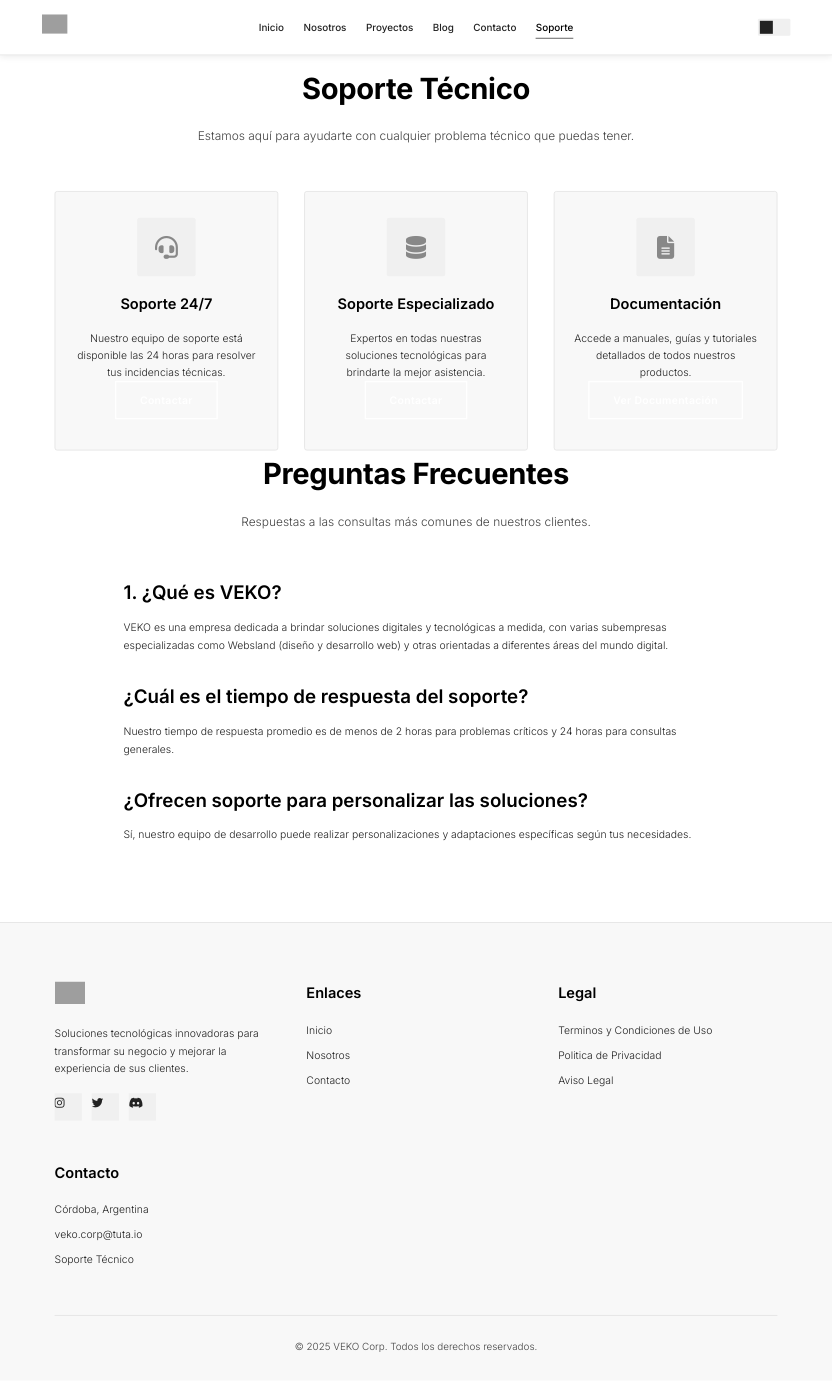
Repository: VEKO-Corp/veko-web
Page: soporte.html
These files come from the project's save history. The page is drawn as it stood at one moment and after the next save; the edit follows.
The browser window is 1280 px wide. The pictures show the whole page, at 65% of full size.
Pictures or frames that could not be fetched are drawn as grey boxes.

Above is the page before, as saved 2025-08-11 21:47:57.

### soporte.html
<!DOCTYPE html>
<html lang="es">
<head>
    <meta charset="UTF-8">
    <meta name="viewport" content="width=device-width, initial-scale=1.0">
    <title>Soporte - VEKO</title>
    <link href="https://fonts.googleapis.com/css2?family=Inter:wght@300;400;500;600;700&display=swap" rel="stylesheet">
    <link rel="stylesheet" href="css/style.css">
    <link rel="stylesheet" href="https://cdnjs.cloudflare.com/ajax/libs/font-awesome/6.4.0/css/all.min.css">
</head>
<body>
    <header>
        <div class="container header-container">
            <a href="index.html" class="logo">
                <img id="logo-image" src="img/logo-light.png" alt="VEKO">
            </a>
            <button class="mobile-menu-btn">☰</button>
            <nav>
                <ul>
                    <li><a href="index.html">Inicio</a></li>
                    <li><a href="nosotros.html">Nosotros</a></li>
                    <li><a href="proyectos.html">Proyectos</a></li>
                    <li><a href="blog.html">Blog</a></li>
                    <li><a href="contacto.html">Contacto</a></li>
                    <li><a href="soporte.html" class="active">Soporte</a></li>
                </ul>
            </nav>
            <div class="theme-toggle" id="themeToggle" aria-label="Cambiar tema">
                <div class="switch-handle"></div>
            </div>
        </div>
    </header>

    <section class="content-section">
        <div class="container">
            <div class="section-title">
                <h2>Soporte Técnico</h2>
                <p>Estamos aquí para ayudarte con cualquier problema técnico que puedas tener.</p>
            </div>

            <div class="services-grid">
                <div class="service-card fade-in">
                    <div class="service-icon"><i class="fas fa-headset"></i></div>
                    <h3>Soporte 24/7</h3>
                    <p>Nuestro equipo de soporte está disponible las 24 horas para resolver tus incidencias técnicas.</p>
                    <a href="contacto.html" class="btn">Contactar</a>
                </div>

                <div class="service-card fade-in delay-1">
                    <div class="service-icon"><i class="fas fa-database"></i></div>
                    <h3>Soporte Especializado</h3>
                    <p>Expertos en todas nuestras soluciones tecnológicas para brindarte la mejor asistencia.</p>
                    <a href="contacto.html" class="btn">Contactar</a>
                </div>

                <div class="service-card fade-in delay-2">
                    <div class="service-icon"><i class="fas fa-file-alt"></i></div>
                    <h3>Documentación</h3>
                    <p>Accede a manuales, guías y tutoriales detallados de todos nuestros productos.</p>
                    <a href="#" class="btn">Ver Documentación</a>
                </div>
            </div>

            <div class="section-title">
                <h2>Preguntas Frecuentes</h2>
                <p>Respuestas a las consultas más comunes de nuestros clientes.</p>
            </div>

            <div class="content-container">
                <h3>1. ¿Qué es VEKO?</h3>
                <p>VEKO es una empresa dedicada a brindar soluciones digitales y tecnológicas a medida, con varias subempresas especializadas como Websland (diseño y desarrollo web) y otras orientadas a diferentes áreas del mundo digital.</p>

                <h3>¿Cuál es el tiempo de respuesta del soporte?</h3>
                <p>Nuestro tiempo de respuesta promedio es de menos de 2 horas para problemas críticos y 24 horas para consultas generales.</p>

                <h3>¿Ofrecen soporte para personalizar las soluciones?</h3>
                <p>Sí, nuestro equipo de desarrollo puede realizar personalizaciones y adaptaciones específicas según tus necesidades.</p>
            </div>
        </div>
    </section>

    <footer>
        <div class="container">
            <div class="footer-content">
                <div class="footer-column fade-in">
                    <div class="logo-footer">
                        <img id="footer-logo" src="img/logo-light.png" alt="VEKO">
                    </div>
                    <p>Soluciones tecnológicas innovadoras para transformar su negocio y mejorar la experiencia de sus clientes.</p>
                    <div class="social-icons">
                        <a href="https://instagram.com" class="social-icon" target="_blank" rel="noopener">
                        <i class="fab fa-instagram"></i>
                        </a>
                        <a href="https://twitter.com" class="social-icon" target="_blank" rel="noopener">
                        <i class="fab fa-twitter"></i>
                        </a>
                        <a href="https://discord.gg/Fd7Y59jMyu" class="social-icon" target="_blank" rel="noopener">
                        <i class="fab fa-discord"></i>
                        </a>
                    </div>
                </div>

                <div class="footer-column fade-in delay-1">
                    <h3>Enlaces</h3>
                    <a href="index.html">Inicio</a>
                    <a href="nosotros.html">Nosotros</a>
                    <a href="contacto.html">Contacto</a>
                </div>

                <div class="footer-column fade-in delay-2">
                    <h3>Legal</h3>
                    <a href="terminos-y-condiciones-de-uso.html">Terminos y Condiciones de Uso</a>
                    <a href="politica-de-privacidad.html">Politica de Privacidad</a>
                    <a href="aviso-legal.html">Aviso Legal</a>
                </div>

                <div class="footer-column fade-in delay-3">
                    <h3>Contacto</h3>
                    <p>Córdoba, Argentina</p>
                    <p>veko.corp@tuta.io</p>
                    <a href="soporte.html">Soporte Técnico</a>
                </div>
            </div>

            <div class="footer-bottom fade-in delay-4">
                <p>&copy; 2025 VEKO Corp. Todos los derechos reservados.</p>
            </div>
        </div>
    </footer>

    <script src="js/script.js"></script>
</body>
</html>

### css/style.css
:root {
    /* Variables para modo claro */
    --bg-primary: #FFFFFF;
    --bg-secondary: #F8F8F8;
    --bg-tertiary: #F0F0F0;
    --text-primary: #000000;
    --text-secondary: #222222;
    --text-tertiary: #444444;
    --accent: #888888;
    --accent-light: #CCCCCC;
    --border: #DDDDDD;
    --button-bg: #222222;
    --button-text: #FFFFFF;
    --shadow: rgba(0, 0, 0, 0.08);
    --overlay: rgba(0, 0, 0, 0.5);
}

.dark-mode {
    /* Variables para modo oscuro */
    --bg-primary: #000000;
    --bg-secondary: #111111;
    --bg-tertiary: #1A1A1A;
    --text-primary: #FFFFFF;
    --text-secondary: #E0E0E0;
    --text-tertiary: #AAAAAA;
    --accent: #777777;
    --accent-light: #333333;
    --border: #333333;
    --button-bg: #EEEEEE;
    --button-text: #000000;
    --shadow: rgba(255, 255, 255, 0.05);
    --overlay: rgba(0, 0, 0, 0.7);
}

* {
    margin: 0;
    padding: 0;
    box-sizing: border-box;
    transition: background-color 0.4s ease, color 0.4s ease, border-color 0.4s ease, transform 0.4s cubic-bezier(0.25, 0.46, 0.45, 0.94);
}

body {
    font-family: 'Inter', sans-serif;
    background-color: var(--bg-primary);
    color: var(--text-primary);
    line-height: 1.65;
    overflow-x: hidden;
    -webkit-font-smoothing: antialiased;
    -moz-osx-font-smoothing: grayscale;
}

.container {
    width: 90%;
    max-width: 1280px;
    margin: 0 auto;
    padding: 0 20px;
}

/* Header y navegación */
header {
    position: fixed;
    top: 0;
    left: 0;
    width: 100%;
    background-color: var(--bg-primary);
    border-bottom: 1px solid var(--border);
    z-index: 1000;
    transition: all 0.4s ease;
    box-shadow: 0 2px 10px var(--shadow);
}

header.scrolled {
    box-shadow: 0 6px 20px var(--shadow);
}

.header-container {
    display: flex;
    justify-content: space-between;
    align-items: center;
    padding: 18px 0;
}

.logo {
    font-size: 1.8rem;
    font-weight: 700;
    color: var(--text-primary);
    text-decoration: none;
    letter-spacing: -0.5px;
}

.logo span {
    font-weight: 300;
}

/* Estilos para logos */
.header-container .logo img {
    height: 30px;
    width: auto;
    transition: all 0.4s ease;
}

.footer-column .logo-footer img {
    height: 35px;
    width: auto;
    margin-bottom: 25px;
}

nav ul {
    display: flex;
    list-style: none;
}

nav ul li {
    margin-left: 30px;
}

nav ul li a {
    color: var(--text-secondary);
    text-decoration: none;
    font-weight: 500;
    font-size: 0.95rem;
    position: relative;
    padding: 8px 0;
    transition: color 0.3s ease;
}

nav ul li a:after {
    content: '';
    position: absolute;
    bottom: 0;
    left: 0;
    width: 0;
    height: 2px;
    background-color: var(--accent);
    transition: width 0.4s cubic-bezier(0.22, 0.61, 0.36, 1);
}

nav ul li a:hover:after,
nav ul li a.active:after {
    width: 100%;
}

nav ul li a:hover,
nav ul li a.active {
    color: var(--text-primary);
}

.theme-toggle {
    position: relative;
    width: 50px;
    height: 26px;
    background-color: var(--bg-tertiary);
    border-radius: 2px;
    cursor: pointer;
    overflow: hidden;
    margin-left: 20px;
}

.switch-handle {
    position: absolute;
    top: 3px;
    left: 3px;
    width: 20px;
    height: 20px;
    background-color: var(--button-bg);
    transition: all 0.4s cubic-bezier(0.22, 0.61, 0.36, 1);
}

.dark-mode .switch-handle {
    transform: translateX(24px);
}

.mobile-menu-btn {
    display: none;
    background: none;
    border: none;
    font-size: 1.5rem;
    color: var(--text-primary);
    cursor: pointer;
    padding: 5px;
}

/* Banner principal */
.hero {
    height: 100vh;
    display: flex;
    align-items: center;
    background:
        linear-gradient(var(--overlay), var(--overlay)),
        url('data:[embedded picture, 230 characters]');
    background-size: cover;
    background-position: center;
    position: relative;
    margin-top: 80px;
}

.hero-content {
    max-width: 780px;
    color: white;
    transform: translateY(30px);
    opacity: 0;
    animation: fadeUp 1s forwards 0.3s;
}

.hero h1 {
    font-size: 4.2rem;
    font-weight: 700;
    margin-bottom: 25px;
    line-height: 1.15;
    letter-spacing: -0.5px;
}

.hero p {
    font-size: 1.3rem;
    margin-bottom: 40px;
    max-width: 650px;
    font-weight: 300;
}

/* Botones con animación de relleno */
.btn {
    display: inline-block;
    position: relative;
    background-color: transparent;
    color: var(--button-text);
    padding: 14px 36px;
    border-radius: 0;
    text-decoration: none;
    font-weight: 600;
    font-size: 1rem;
    letter-spacing: 0.5px;
    border: 2px solid var(--button-text);
    overflow: hidden;
    z-index: 1;
    transition: color 0.4s ease;
}

.btn:before {
    content: '';
    position: absolute;
    top: 0;
    left: 0;
    width: 0;
    height: 100%;
    background: var(--button-text);
    transition: width 0.5s cubic-bezier(0.22, 0.61, 0.36, 1);
    z-index: -1;
}

.btn:hover:before {
    width: 100%;
}

.btn:hover {
    color: var(--button-bg);
}

/* Secciones comunes */
section {
    padding: 120px 0;
}

.section-title {
    text-align: center;
    margin-bottom: 70px;
}

.section-title h2 {
    font-size: 2.8rem;
    font-weight: 700;
    margin-bottom: 20px;
    color: var(--text-primary);
    letter-spacing: -0.5px;
}

.section-title p {
    font-size: 1.15rem;
    color: var(--text-tertiary);
    max-width: 700px;
    margin: 0 auto;
    font-weight: 300;
}

/* Estilos para páginas de contenido (ej: aviso legal, política de privacidad) */
.content-section {
    padding: 100px 0;
}

.content-container {
    max-width: 900px;
    margin: 0 auto;
}

.content-container h1 {
    font-size: 2.8rem;
    margin-bottom: 30px;
    color: var(--text-primary);
    font-weight: 700;
    letter-spacing: -0.5px;
}

.content-container h2 {
    font-size: 2.2rem;
    margin: 50px 0 25px;
    color: var(--text-primary);
    font-weight: 600;
}

.content-container h3 {
    font-size: 1.8rem;
    margin: 40px 0 15px;
    color: var(--text-primary);
    font-weight: 600;
}

.content-container p {
    margin-bottom: 20px;
    color: var(--text-secondary);
    font-weight: 300;
    line-height: 1.8;
}

.content-container ul, .content-container ol {
    margin: 20px 0;
    padding-left: 30px;
}

.content-container li {
    margin-bottom: 10px;
    color: var(--text-secondary);
    font-weight: 300;
    line-height: 1.8;
}

.content-container a {
    color: var(--accent);
    text-decoration: none;
    transition: color 0.3s ease;
}

.content-container a:hover {
    color: var(--text-primary);
    text-decoration: underline;
}

/* Sección Nosotros */
.about-content {
    display: flex;
    gap: 60px;
    align-items: center;
}

.about-text {
    flex: 1;
}

.about-text h3 {
    font-size: 2rem;
    margin-bottom: 25px;
    color: var(--text-primary);
    font-weight: 600;
}

.about-text p {
    margin-bottom: 25px;
    color: var(--text-secondary);
    font-weight: 300;
}

.about-image {
    flex: 1;
    height: 460px;
    background-color: var(--bg-tertiary);
    display: flex;
    align-items: center;
    justify-content: center;
    color: var(--text-tertiary);
    border-radius: 4px;
    overflow: hidden;
    position: relative;
    box-shadow: 0 10px 30px var(--shadow);
}

.about-image:after {
    content: '';
    position: absolute;
    top: 0;
    left: 0;
    width: 100%;
    height: 100%;
    background: linear-gradient(45deg, rgba(0,0,0,0.05), rgba(0,0,0,0.1));
}

/* Sección Servicios */
.services-grid {
    display: grid;
    grid-template-columns: repeat(auto-fill, minmax(320px, 1fr));
    gap: 40px;
}

.service-card {
    background-color: var(--bg-secondary);
    border-radius: 4px;
    padding: 40px 30px;
    text-align: center;
    position: relative;
    overflow: hidden;
    border: 1px solid var(--border);
    transition: transform 0.4s ease, box-shadow 0.4s ease;
}

.service-card:hover {
    transform: translateY(-10px);
    box-shadow: 0 15px 40px var(--shadow);
}

.service-icon {
    width: 90px;
    height: 90px;
    background-color: var(--bg-tertiary);
    border-radius: 4px;
    margin: 0 auto 25px;
    display: flex;
    align-items: center;
    justify-content: center;
    color: var(--accent);
    font-size: 2.2rem;
    font-weight: 300;
    transition: transform 0.4s ease;
}

.service-card:hover .service-icon {
    transform: scale(1.1);
}

.service-card h3 {
    font-size: 1.4rem;
    margin-bottom: 20px;
    color: var(--text-primary);
    font-weight: 600;
}

.service-card p {
    color: var(--text-secondary);
    font-size: 1rem;
    font-weight: 300;
    max-width: 300px;
    margin: 0 auto;
}

/* Sección Equipo */
.team-grid {
    display: grid;
    grid-template-columns: repeat(auto-fill, minmax(260px, 1fr));
    gap: 35px;
    margin-top: 60px;
}

.team-member {
    background-color: var(--bg-secondary);
    border-radius: 4px;
    overflow: hidden;
    text-align: center;
    position: relative;
    box-shadow: 0 5px 20px var(--shadow);
    transition: transform 0.4s ease;
}

.team-member:hover {
    transform: translateY(-10px);
}

.member-photo {
    height: 280px;
    background-color: var(--bg-tertiary);
    display: flex;
    align-items: center;
    justify-content: center;
    color: var(--text-tertiary);
    font-size: 1.1rem;
    position: relative;
}

.member-photo:after {
    content: '';
    position: absolute;
    bottom: 0;
    left: 0;
    width: 100%;
    height: 40%;
    background: linear-gradient(to top, rgba(0,0,0,0.2), transparent);
}

.member-info {
    padding: 25px 20px;
}

.member-info h4 {
    font-size: 1.25rem;
    margin-bottom: 8px;
    color: var(--text-primary);
    font-weight: 600;
}

.member-info p {
    color: var(--accent);
    font-size: 0.95rem;
    font-weight: 400;
}

/* Footer */
footer {
    background-color: var(--bg-secondary);
    padding: 90px 0 40px;
    border-top: 1px solid var(--border);
}

.footer-content {
    display: grid;
    grid-template-columns: repeat(auto-fit, minmax(260px, 1fr));
    gap: 50px;
    margin-bottom: 60px;
}

.footer-column h3 {
    font-size: 1.4rem;
    margin-bottom: 25px;
    color: var(--text-primary);
    font-weight: 600;
}

.footer-column p, .footer-column a {
    color: var(--text-secondary);
    margin-bottom: 12px;
    display: block;
    text-decoration: none;
    transition: color 0.3s ease;
    font-weight: 300;
}

.footer-column a:hover {
    color: var(--text-primary);
}

.social-icons {
    display: flex;
    gap: 15px;
    margin-top: 25px;
}

.social-icon {
    width: 42px;
    height: 42px;
    border-radius: 0;
    background-color: var(--bg-tertiary);
    display: flex;
    align-items: center;
    justify-content: center;
    color: var(--text-primary);
    text-decoration: none;
    transition: all 0.4s ease;
    font-size: 1.1rem;
    position: relative;
    overflow: hidden;
    z-index: 1;
}

.social-icon:before {
    content: '';
    position: absolute;
    top: 0;
    left: 0;
    width: 0;
    height: 100%;
    background: var(--accent-light);
    transition: width 0.4s ease;
    z-index: -1;
}

.social-icon:hover:before {
    width: 100%;
}

.footer-bottom {
    text-align: center;
    padding-top: 35px;
    border-top: 1px solid var(--border);
    color: var(--text-tertiary);
    font-size: 0.95rem;
    font-weight: 300;
}

/* Animaciones */
@keyframes fadeUp {
    from {
        opacity: 0;
        transform: translateY(30px);
    }
    to {
        opacity: 1;
        transform: translateY(0);
    }
}

.fade-in {
    opacity: 0;
    transform: translateY(30px);
    transition: opacity 0.8s ease, transform 0.8s ease;
}

.fade-in.appear {
    opacity: 1;
    transform: translateY(0);
}

.delay-1 { transition-delay: 0.1s; }
.delay-2 { transition-delay: 0.2s; }
.delay-3 { transition-delay: 0.3s; }
.delay-4 { transition-delay: 0.4s; }
.delay-5 { transition-delay: 0.5s; }

/* Responsive */
@media (max-width: 1200px) {
    .hero h1 {
        font-size: 3.6rem;
    }
}

@media (max-width: 992px) {
    .hero h1 {
        font-size: 3.2rem;
    }

    .about-content {
        flex-direction: column;
    }

    .about-image {
        width: 100%;
        height: 380px;
    }

    section {
        padding: 90px 0;
    }

    .content-section {
        padding: 80px 0;
    }
}

@media (max-width: 768px) {
    .mobile-menu-btn {
        display: block;
    }

    nav {
        position: fixed;
        top: 80px;
        left: 0;
        width: 100%;
        background-color: var(--bg-primary);
        border-top: 1px solid var(--border);
        border-bottom: 1px solid var(--border);
        height: 0;
        overflow: hidden;
        transition: height 0.4s ease;
    }

    nav.active {
        height: auto;
        padding: 20px 0;
    }

    nav ul {
        flex-direction: column;
        align-items: center;
    }

    nav ul li {
        margin: 12px 0;
    }

    .hero h1 {
        font-size: 2.8rem;
    }

    .hero p {
        font-size: 1.15rem;
    }

    .section-title h2 {
        font-size: 2.4rem;
    }

    .content-section {
        padding: 70px 0;
    }

    .content-container h1 {
        font-size: 2.4rem;
    }

    .content-container h2 {
        font-size: 2rem;
    }

    .content-container h3 {
        font-size: 1.5rem;
    }
}

@media (max-width: 576px) {
    .hero h1 {
        font-size: 2.4rem;
    }

    .section-title h2 {
        font-size: 2rem;
    }

    .btn {
        padding: 12px 28px;
    }

    .content-container h1 {
        font-size: 2.1rem;
    }

    .content-container h2 {
        font-size: 1.8rem;
    }
}

/* Estilos para formulario de contacto */
.contact-form {
    display: flex;
    flex-direction: column;
    gap: 20px;
}

/* Estilos específicos para botones de formulario */
.contact-form .btn {
    background-color: var(--button-bg);
    color: var(--button-text);
    border: 2px solid var(--button-bg);
}

.contact-form .btn:hover {
    color: var(--button-bg);
    background-color: transparent;
}

.contact-form .btn:before {
    background: var(--button-text);
}

/* Estilos para información de contacto */
.contact-info-list {
    list-style: none;
    padding: 0;
    margin-top: 30px;
    width: 100%;
}

.contact-info-list li {
    display: flex;
    align-items: flex-start;
    margin-bottom: 25px;
    padding-bottom: 25px;
    border-bottom: 1px solid var(--border);
}

.contact-info-list li:last-child {
    margin-bottom: 0;
    padding-bottom: 0;
    border-bottom: none;
}

.contact-icon {
    width: 50px;
    height: 50px;
    background-color: var(--bg-tertiary);
    display: flex;
    align-items: center;
    justify-content: center;
    border-radius: 4px;
    margin-right: 15px;
    flex-shrink: 0;
}

.contact-icon i {
    font-size: 1.4rem;
    color: var(--accent);
}

.contact-detail {
    flex-grow: 1;
}

.contact-detail strong {
    display: block;
    font-weight: 600;
    color: var(--text-primary);
    margin-bottom: 5px;
}

.contact-detail p {
    margin: 0;
    color: var(--text-secondary);
}

.contact-info {
    flex: 1;
    background-color: var(--bg-secondary);
    padding: 40px;
    border-radius: 4px;
    box-shadow: 0 5px 20px var(--shadow);
}

.form-group {
    display: flex;
    flex-direction: column;
    gap: 8px;
}

.form-group label {
    font-weight: 500;
    color: var(--text-primary);
}

.form-group input,
.form-group textarea {
    padding: 12px 15px;
    border: 1px solid var(--border);
    background-color: var(--bg-primary);
    color: var(--text-primary);
    font-family: 'Inter', sans-serif;
    font-size: 1rem;
}

.form-group textarea {
    resize: vertical;
    min-height: 120px;
}

Loaded but not shown: js/script.js (119 lines, source omitted)

After the next save:
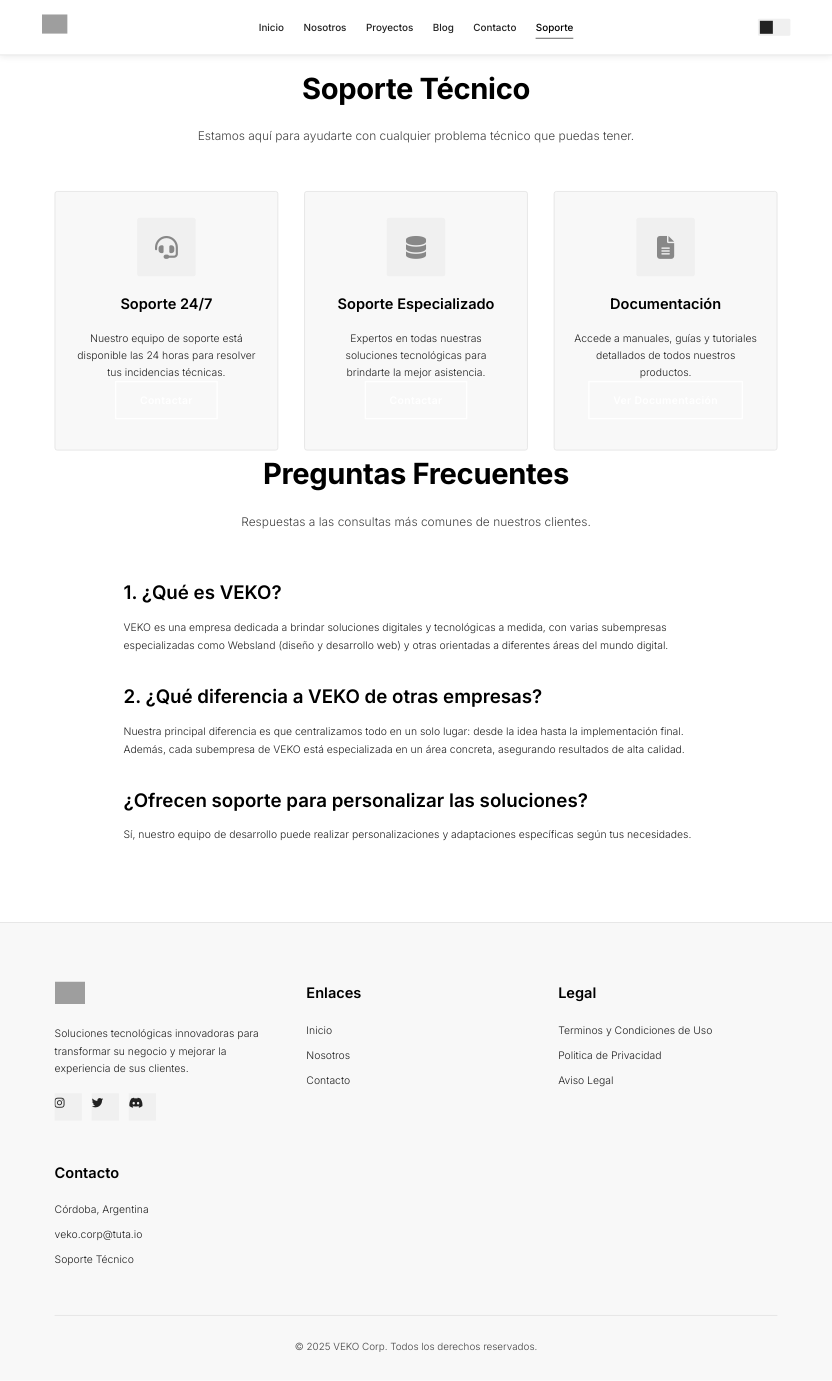
Saved 25 s later.
--- a/soporte.html
+++ b/soporte.html
@@ -70,8 +70,8 @@
                 <h3>1. ¿Qué es VEKO?</h3>
                 <p>VEKO es una empresa dedicada a brindar soluciones digitales y tecnológicas a medida, con varias subempresas especializadas como Websland (diseño y desarrollo web) y otras orientadas a diferentes áreas del mundo digital.</p>
 
-                <h3>¿Cuál es el tiempo de respuesta del soporte?</h3>
-                <p>Nuestro tiempo de respuesta promedio es de menos de 2 horas para problemas críticos y 24 horas para consultas generales.</p>
+                <h3>2. ¿Qué diferencia a VEKO de otras empresas?</h3>
+                <p>Nuestra principal diferencia es que centralizamos todo en un solo lugar: desde la idea hasta la implementación final. Además, cada subempresa de VEKO está especializada en un área concreta, asegurando resultados de alta calidad.</p>
 
                 <h3>¿Ofrecen soporte para personalizar las soluciones?</h3>
                 <p>Sí, nuestro equipo de desarrollo puede realizar personalizaciones y adaptaciones específicas según tus necesidades.</p>
